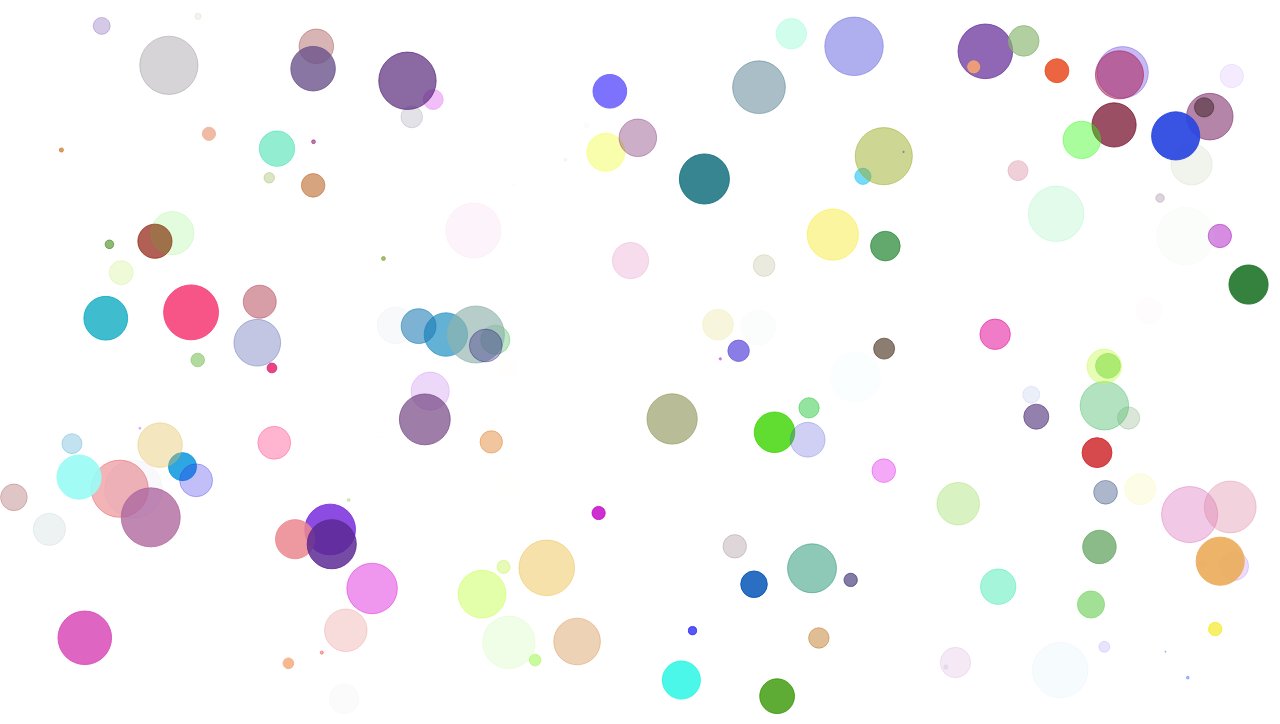
Repository: MikeTroianello/canvas-testing
Page: index.html
An editor plug-in stored every save of this project. The page is shown before and after the next save, followed by the edit.
The browser window is 1280 px wide. The pictures show the whole page.

Above is the page before, as saved 2019-06-05 16:42:07.

### index.html
<!DOCTYPE html>
<html lang="en">
  <head>
    <meta charset="UTF-8" />
    <meta name="viewport" content="width=device-width, initial-scale=1.0" />
    <meta http-equiv="X-UA-Compatible" content="ie=edge" />
    <link rel="stylesheet" type="text/css" href="style.css" />
    <title>Canvas</title>
  </head>
  <body>
    <canvas></canvas>
    <script src="canvas.js"></script>
  </body>
</html>

### style.css
body {
  margin: 0;
}

/* canvas {
  border: 1px solid black;
} */

### canvas.js
var canvas = document.querySelector('canvas');
console.log(canvas);

canvas.width = window.innerWidth;
canvas.height = window.innerHeight;

var ctx = canvas.getContext('2d');

// for (let i = 0; i < canvas.width; i++) {
//   ctx.fillStyle = `rgba(${i}, ${i}, ${i * 30}, 1)`;
//   ctx.fillRect(i * 100, i * 100, 100, 100);
// }

//Line

// ctx.beginPath();
// ctx.moveTo(50, 300);
// ctx.lineTo(300, 100);
// ctx.lineTo(400, 300);
// ctx.strokeStyle = 'blue';
// ctx.stroke();

//arc
// ctx.beginPath();
// ctx.arc(300, 300, 30, 0, Math.PI * 2, false);
// ctx.strokeStyle = 'red';
// ctx.stroke();

// for (let i = 0; i < 1009; i++) {
//   var x = Math.random() * window.innerWidth;
//   var y = Math.random() * window.innerHeight;
//   var r = Math.floor(Math.random() * 255);
//   ctx.beginPath();
//   ctx.arc(x, y, 30, 0, Math.PI * 2, false);
//   ctx.strokeStyle = `rgba(${Math.floor(Math.random() * 255)},${Math.floor(
//     Math.random() * 255
//   )},${Math.floor(Math.random() * 255)}, ${Math.random()}`;
//   ctx.stroke();
// }

//MOVING CIRCLE

class Circle {
  constructor(x, y, dx, dy, radius, color) {
    this.x = x;
    this.y = y;
    this.dx = dx;
    this.dy = dy;
    this.radius = radius;
    this.color = color;
    this.draw = function() {
      ctx.beginPath();
      ctx.arc(this.x, this.y, this.radius, 0, Math.PI * 2, false);
      ctx.strokeStyle = this.color;
      ctx.stroke();
      ctx.fillStyle = this.color;
      ctx.fill();
    };
    this.update = function() {
      if (this.x + radius >= innerWidth || this.x - radius <= 0) {
        this.dx = -this.dx;
      }
      if (this.y + radius >= innerHeight || this.y - radius <= 0) {
        this.dy = -this.dy;
      }
      this.x += this.dx;
      this.y += this.dy;

      this.draw();
    };
  }
}

var circleArray = [];

for (let i = 0; i < 150; i++) {
  let r = Math.random() * 30;
  // let r = 30;
  let x = Math.random() * (innerWidth - r * 2) + r;
  let y = Math.random() * (innerHeight - r * 2) + r;
  let dx = (Math.random() - 0.5) * 5;
  let dy = (Math.random() - 0.5) * 5;
  let color = `rgba(${Math.floor(Math.random() * 255)},${Math.floor(
    Math.random() * 255
  )},${Math.floor(Math.random() * 255)}, ${Math.random()}`;
  circleArray.push(new Circle(x, y, dx, dy, r, color));
}

console.log(circleArray);

function animate() {
  requestAnimationFrame(animate);
  ctx.clearRect(0, 0, innerWidth, innerHeight);

  for (let i = 0; i < circleArray.length; i++) {
    circleArray[i].update();
  }
}

animate();

After the next save:
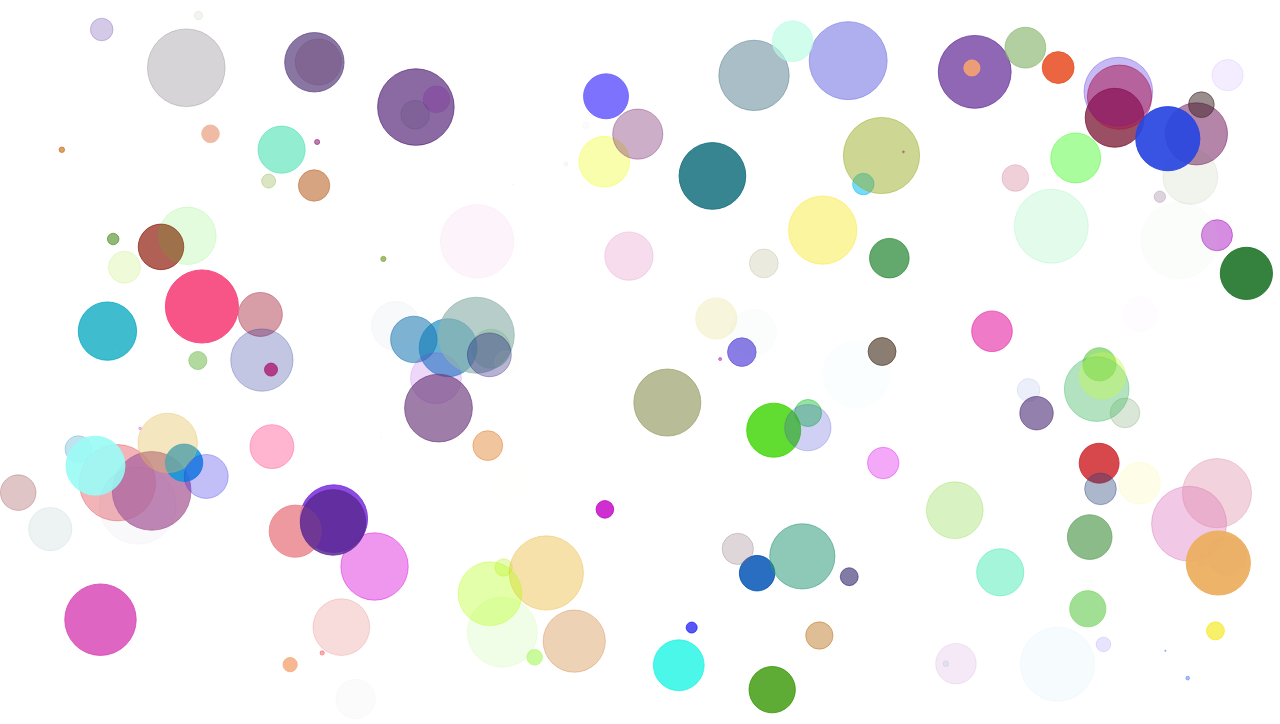
Saved 4 s later.
--- a/canvas.js
+++ b/canvas.js
@@ -74,7 +74,7 @@ class Circle {
 var circleArray = [];
 
 for (let i = 0; i < 150; i++) {
-  let r = Math.random() * 30;
+  let r = Math.random() * 40;
   // let r = 30;
   let x = Math.random() * (innerWidth - r * 2) + r;
   let y = Math.random() * (innerHeight - r * 2) + r;
